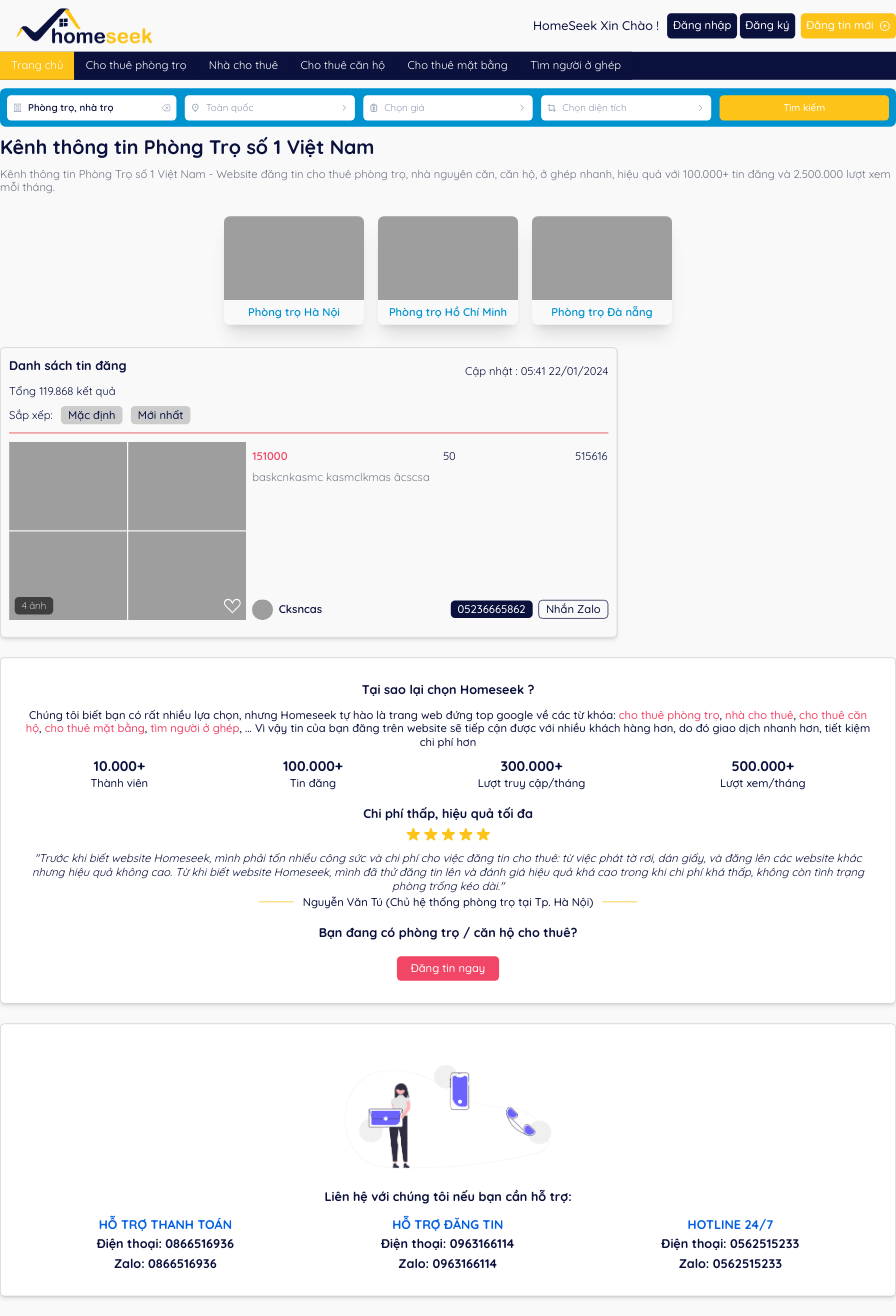
Repository: ajincome26/homeseek
Page: / (app in client/)
The author's editor kept a copy of each file at every save. The page is drawn from the files as they stood at one save, then again after the next save.
The browser window is 1280 px wide. The pictures show the whole page, at 70% of full size.
Pictures or frames that could not be fetched are drawn as grey boxes. The page's requests for data from a server got no answer. The project was rebuilt for these pictures with package versions that can differ from the ones it lists, and the page was loaded fresh each time. Some packages were replaced by stand-ins written for this rebuild. No one was signed in, and anything a server would have sent is missing. Also part of the build but not shown: client/vite.config.ts, client/src/utils/utils.tsx, client/src/components/MainHeader/components/User.tsx, client/src/components/Popover/Popover.tsx, client/src/components/Sidebar/Sidebar.tsx, client/src/components/Sidebar/index.ts, client/src/components/SubNavigation/SubNavigation.tsx, client/src/components/SubNavigation/index.ts and 33 more.

Above is the page before, as saved 2024-01-22 06:14:51.

After the next save:
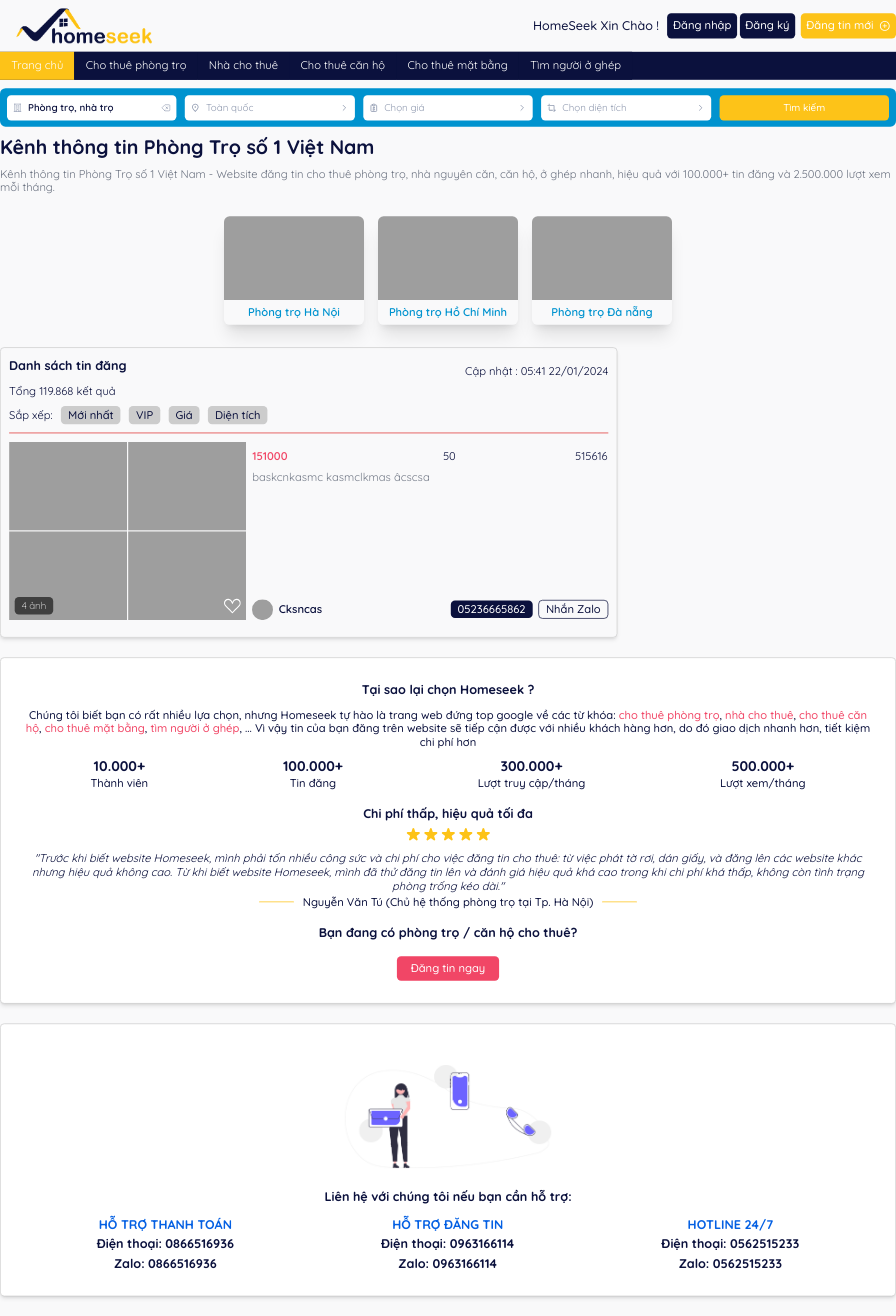
Saved 43 s later.
--- a/client/src/pages/HomePage/components/List.tsx
+++ b/client/src/pages/HomePage/components/List.tsx
@@ -26,10 +26,16 @@
       <div className='flex items-center gap-3 mt-3'>
         <span>Sắp xếp:</span>
         <Button className='text-primary bg-[#ccc] px-[10px] py-[3px]' hover>
-          Mặc định
+          Mới nhất
         </Button>
         <Button className='text-primary bg-[#ccc] px-[10px] py-[3px]' hover>
-          Mới nhất
+          VIP
+        </Button>
+        <Button className='text-primary bg-[#ccc] px-[10px] py-[3px]' hover>
+          Giá
+        </Button>
+        <Button className='text-primary bg-[#ccc] px-[10px] py-[3px]' hover>
+          Diện tích
         </Button>
       </div>
       <div className='posts'>
